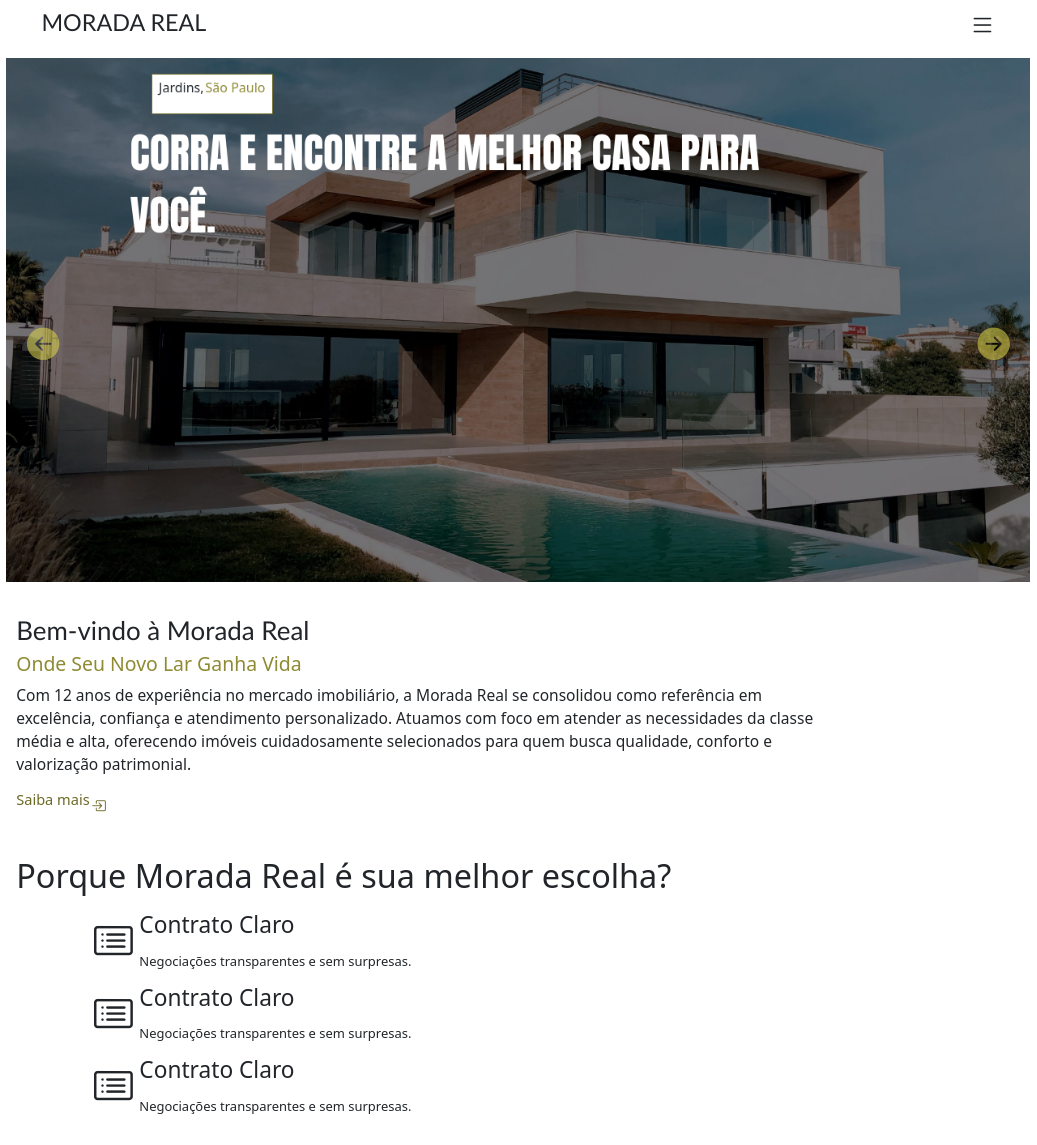
Repository: Mattyns/moradareal
Page: index.html
An editor plug-in stored every save of this project. The page is shown before and after a run of saves, followed by the edit.
The browser window is 1280 px wide. The pictures show the whole page, at 81% of full size.

Above is the page before, as saved 2025-07-13 17:15:12.

After the next 2 saves:
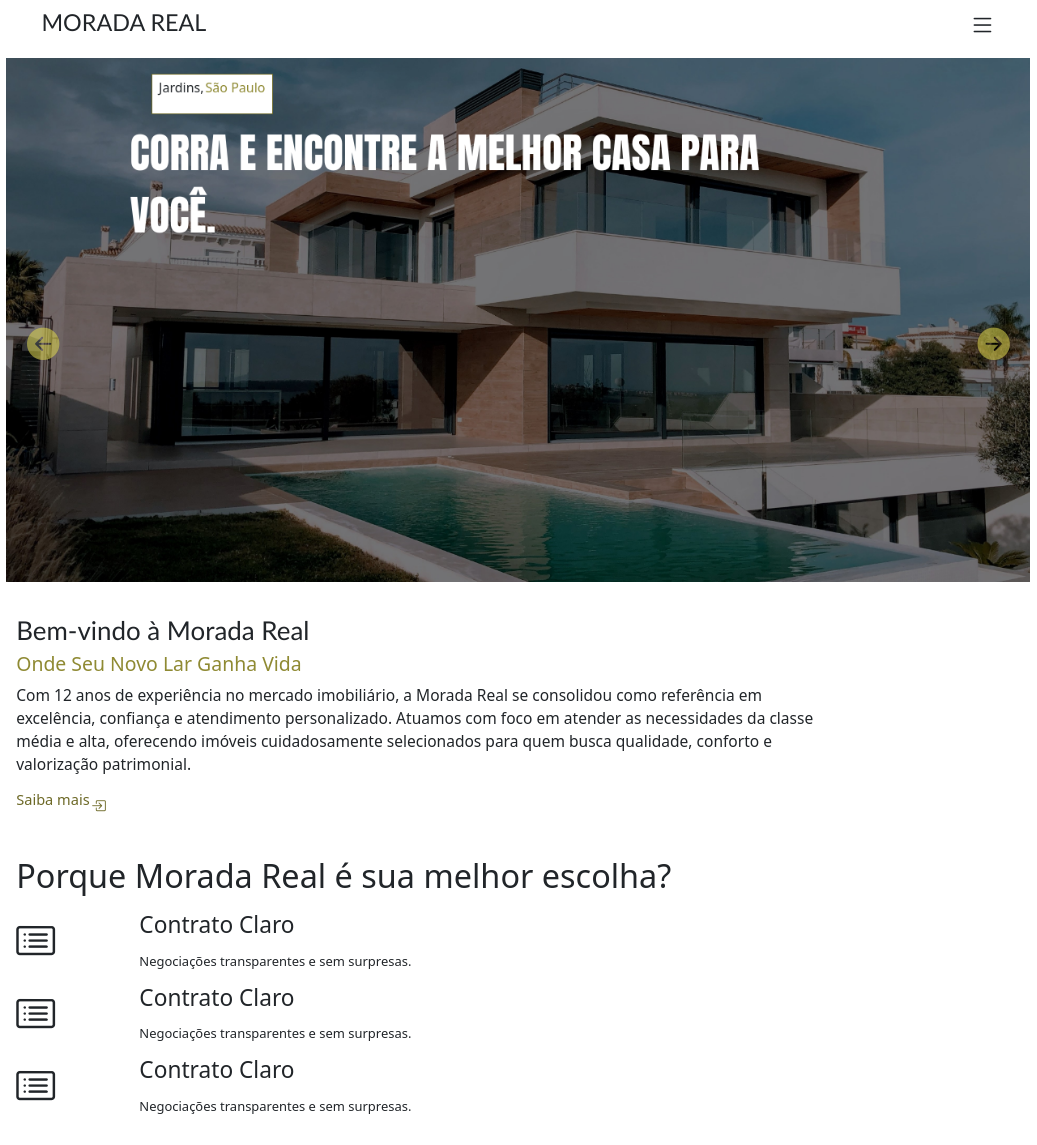
The 2 saves are shown as one change because they came seconds apart.
The last was saved 6 s later.
--- a/style/style.css
+++ b/style/style.css
@@ -209,7 +209,7 @@
   grid-column: 1;    /* fica na coluna 1 */
 
   font-size: 3em;
-  margin-left: 2em;
+  margin-right: 2em;
 }
 
 .service__title {
